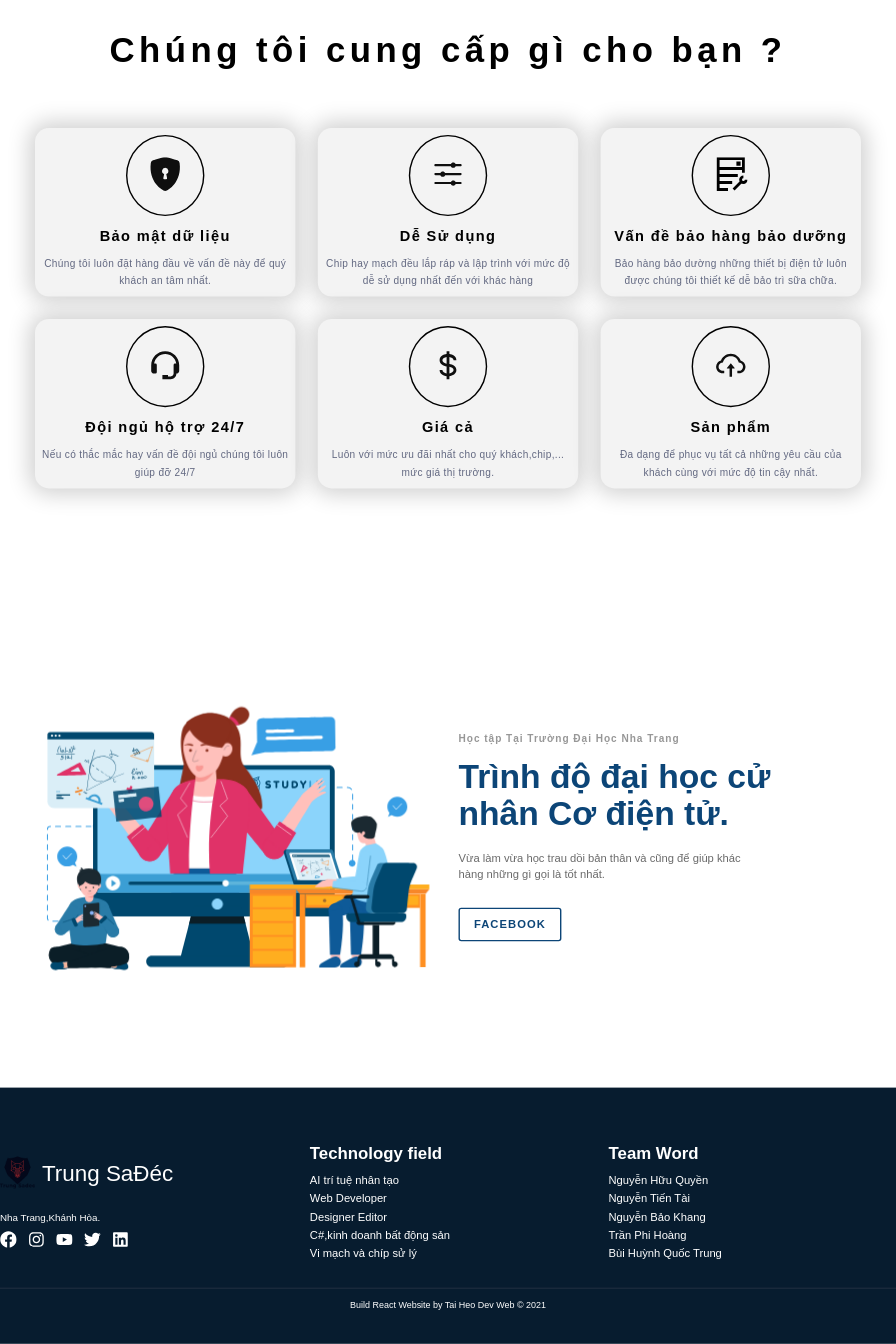
Repository: fdhhhdjd/Profile-Gift-B_H_Q_Trung
Page: /
The author's editor kept a copy of each file at every save. The page is drawn from the files as they stood at one save, then again after the next save.
The browser window is 1280 px wide. The pictures show the part of the page from y = 814 to 2734 px (the page is 2734 px tall), at 70% of full size.
The project was rebuilt for these pictures with package versions that can differ from the ones it lists, and the page was loaded fresh each time. Also part of the build but not shown: src/Styles/PricingStyles.js, src/Data/PricingData.js, src/Pages/PricingPage.js. Imported but missing from the stored project, and not drawn on this page: src/Pages/SignUpPage.

Above is the page before, as saved 2021-10-29 10:07:43.

After the next save:
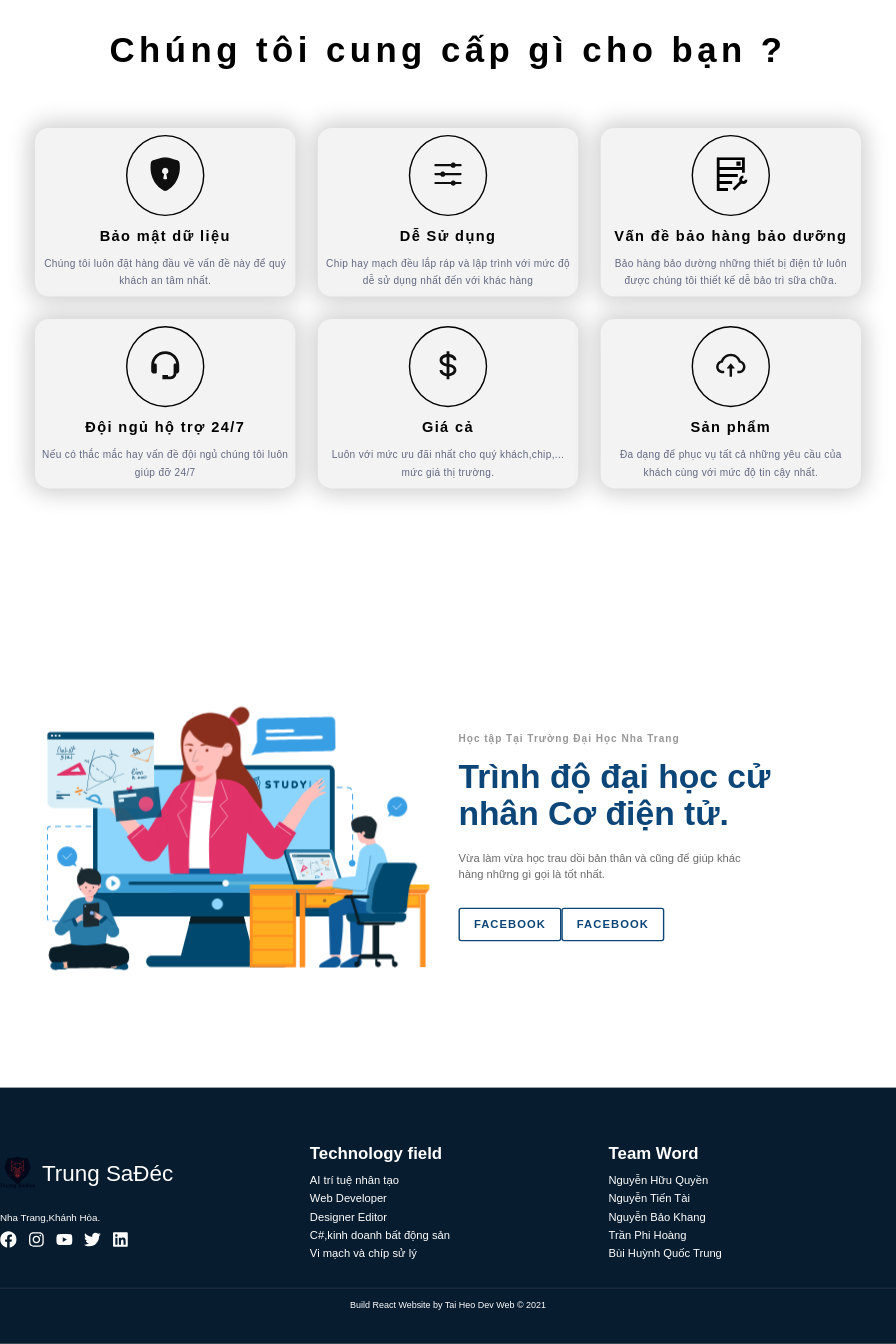
Saved 22 s later.
--- a/src/Components/Content.js
+++ b/src/Components/Content.js
@@ -51,6 +51,9 @@ export const Content = ({
                 <ContentButton inverse={inverse} primary={primary}>
                   {buttonLabel}
                 </ContentButton>
+                <ContentButton inverse={inverse} primary={primary}>
+                  {buttonLabel}
+                </ContentButton>
               </ContentA>
             </TextWrapper>
           </ContentColumn>
